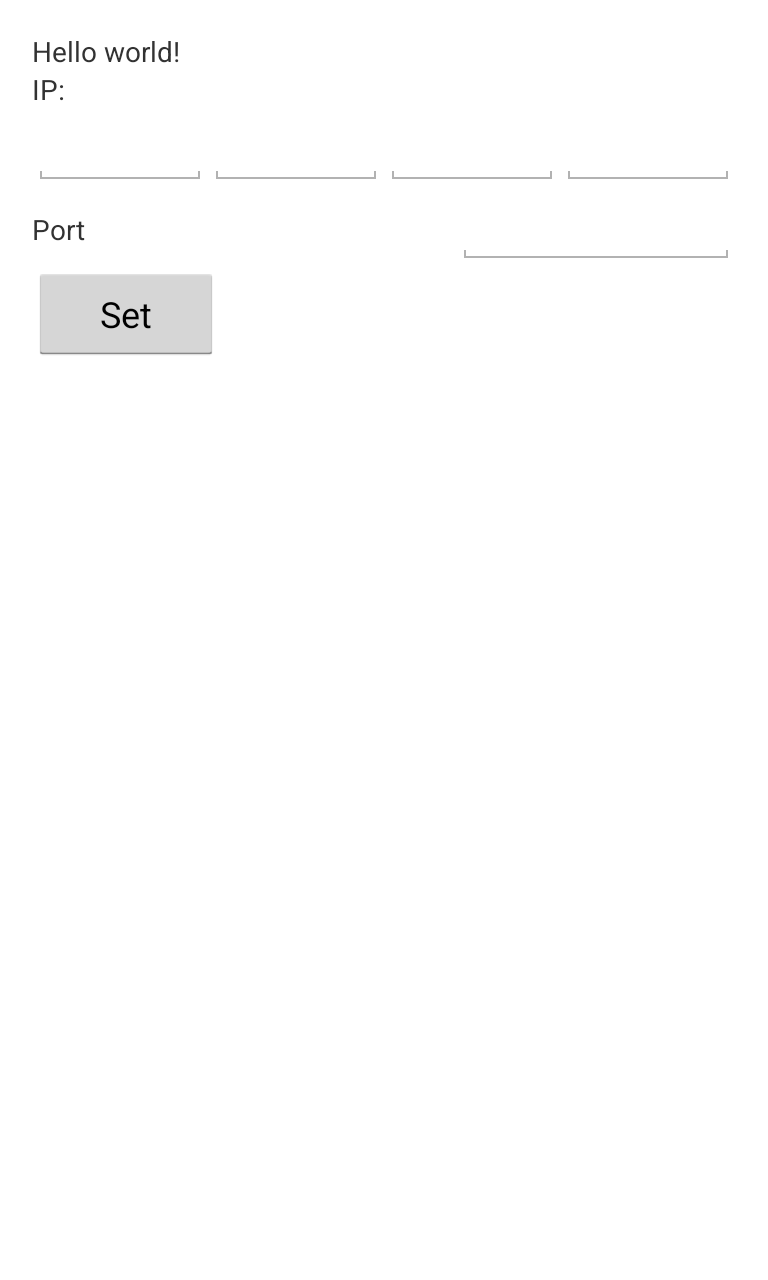
Repository: hfutcgncas/Android
Layout: ToyCarV3/res/layout/activity_toy_car.xml
An editor plug-in stored every save of this project. The layout is shown before and after the next save, followed by the edit.
It is drawn on a 768 x 1280 px phone screen (xhdpi) without system bars, with theme AppTheme; the app's code is not run.

Above is the layout before, as saved 2015-06-10 17:16:07.

After the next save:
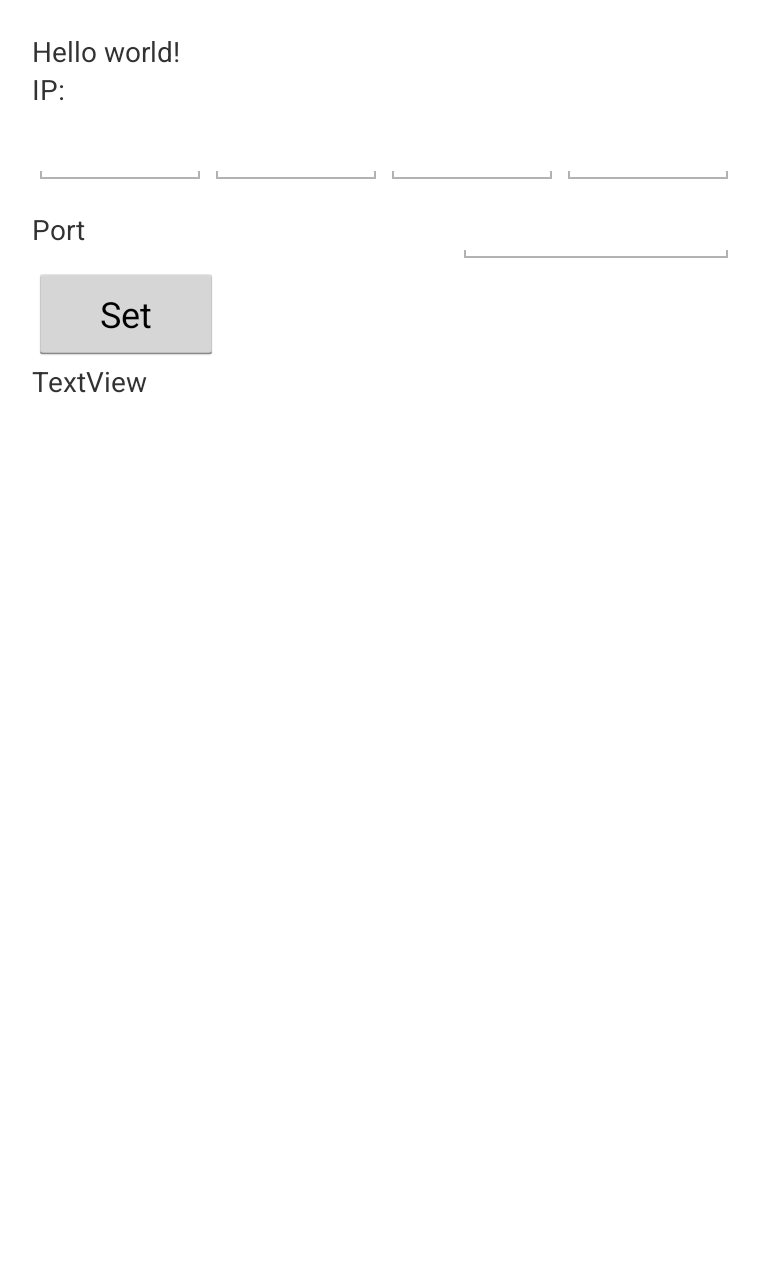
Saved 4 min 51 s later.
--- a/ToyCarV3/res/layout/activity_toy_car.xml
+++ b/ToyCarV3/res/layout/activity_toy_car.xml
@@ -7,8 +7,6 @@
     android:paddingRight="@dimen/activity_horizontal_margin"
     android:paddingTop="@dimen/activity_vertical_margin"
     tools:context=".ToyCarActivity" >
-
-
 
     <LinearLayout
         android:layout_width="wrap_content"
@@ -20,17 +18,16 @@
         android:orientation="vertical" >
 
         <TextView
-	        android:id="@+id/DispTxt"
-	        android:layout_width="wrap_content"
-	        android:layout_height="wrap_content"
-	        android:text="@string/hello_world" />
-
+            android:id="@+id/DispTxt"
+            android:layout_width="wrap_content"
+            android:layout_height="wrap_content"
+            android:text="@string/hello_world" />
 
         <TextView
-	        android:id="@+id/TextView_IP"
-	        android:layout_width="wrap_content"
-	        android:layout_height="wrap_content"
-	        android:text="IP:" />
+            android:id="@+id/TextView_IP"
+            android:layout_width="wrap_content"
+            android:layout_height="wrap_content"
+            android:text="IP:" />
 
         <LinearLayout
             android:layout_width="match_parent"
@@ -67,7 +64,6 @@
                 android:layout_weight="1"
                 android:ems="10"
                 android:inputType="number" />
-
         </LinearLayout>
 
         <LinearLayout
@@ -96,6 +92,12 @@
             android:layout_height="wrap_content"
             android:text="Set" />
 
+        <TextView
+            android:id="@+id/NetStatueText"
+            android:layout_width="match_parent"
+            android:layout_height="wrap_content"
+            android:layout_weight="0.05"
+            android:text="TextView" />
     </LinearLayout>
 
 </RelativeLayout>
